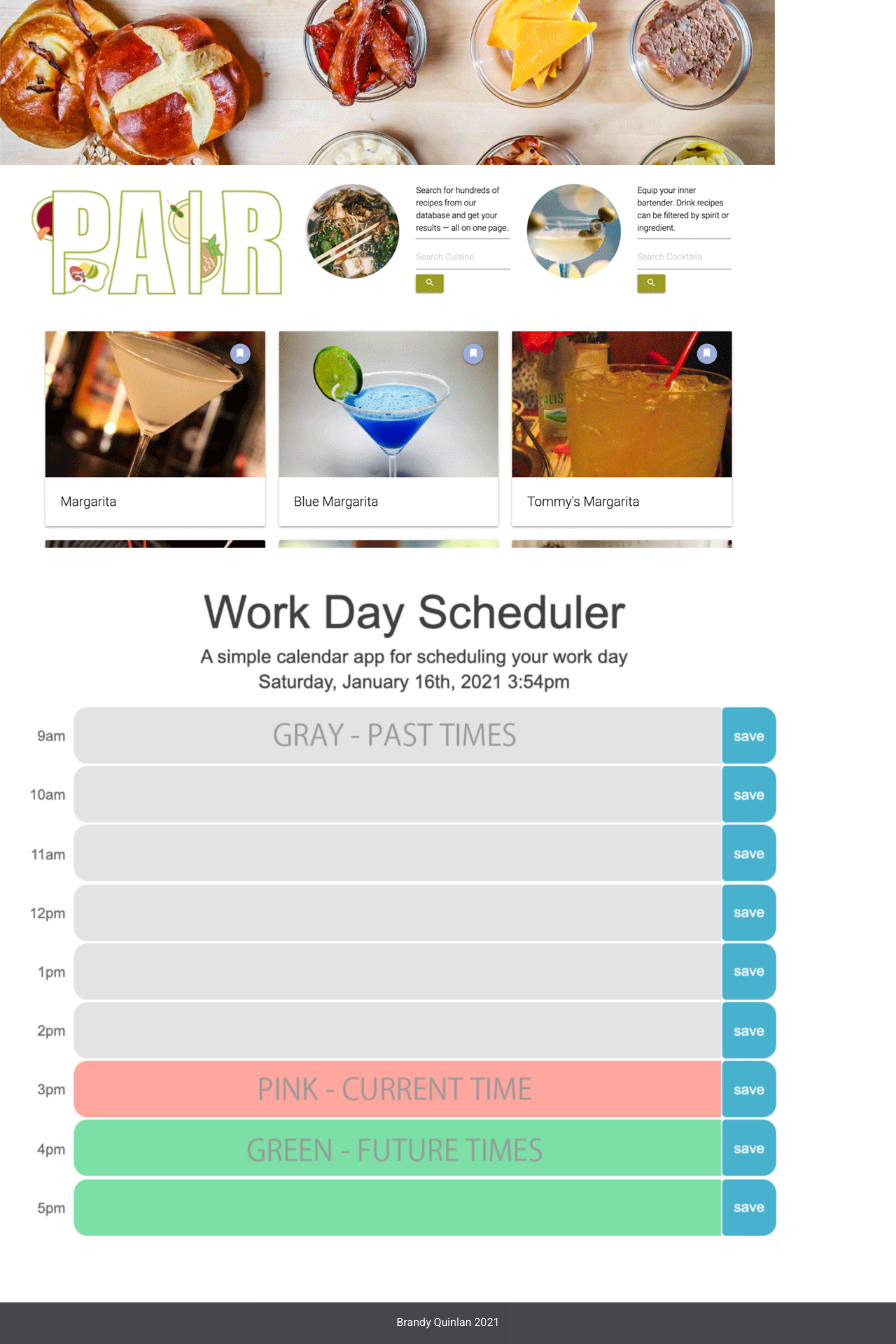
Repository: brandyquinlan/brandyquinlan
Page: index.html
These files come from the project's save history. The page is drawn as it stood at one moment and after the next save; the edit follows.
The browser window is 1280 px wide. The pictures show the part of the page from y = 1572 to 3492 px (the page is 3492 px tall before and 3469 px after), at 70% of full size.
Some web libraries are served in a nearby version.

Above is the page before, as saved 2021-02-05 11:19:44.

After the next save:
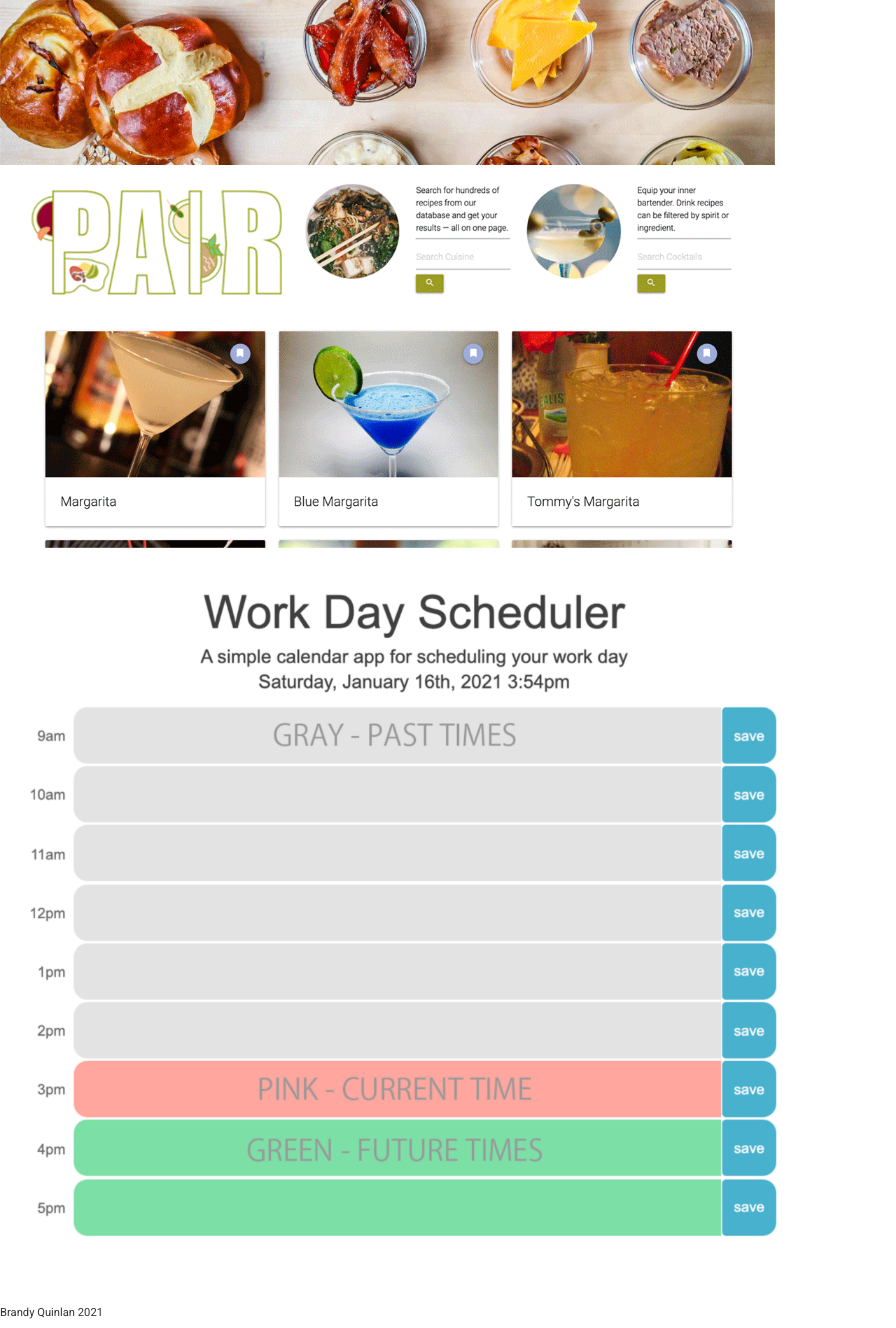
Saved 11 s later.
--- a/css/style.css
+++ b/css/style.css
@@ -124,7 +124,8 @@ header h1 {
 
 /* Footer */
 
-footer {
+
+/* footer {
     background: #333339;
     opacity: .9;
     height: 60px;
@@ -136,4 +137,4 @@ footer p {
     justify-content: center;
     color: #fff;
     padding-top: 15px;
-}
+} */
